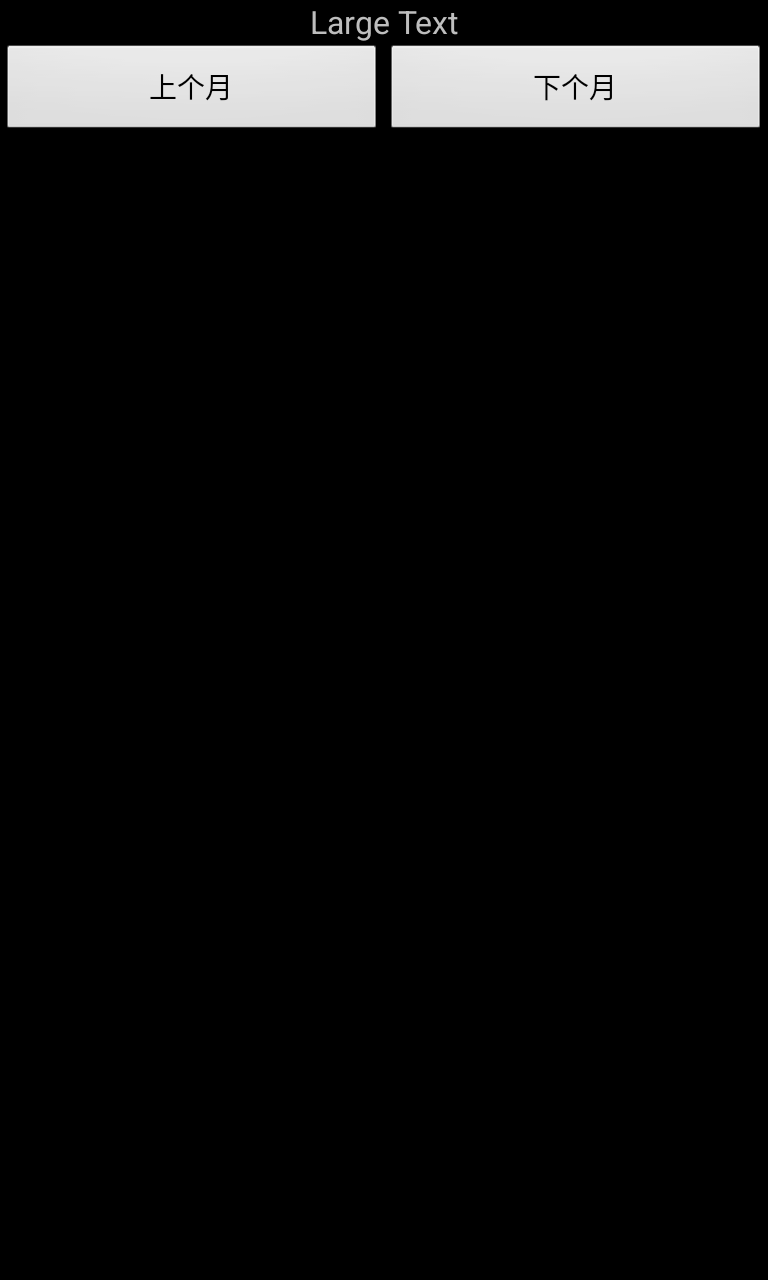
Repository: gongxinge/money-android
Layout: P2P/res/layout/billdetaillist.xml
The author's editor kept a copy of each file at every save. The layout is drawn from the files as they stood at one save, then again after the next save.
It is drawn on a 768 x 1280 px phone screen (xhdpi) without system bars, with theme android:Theme; the app's code is not run. Lists and similar views that code fills are empty.

Above is the layout before, as saved 2015-06-28 08:07:45.

### P2P/res/layout/billdetaillist.xml
<?xml version="1.0" encoding="utf-8"?>
<LinearLayout xmlns:android="http://schemas.android.com/apk/res/android"
    android:layout_width="match_parent"
    android:layout_height="match_parent"
    android:orientation="vertical" >

    <TextView
        android:id="@+id/txtMonthInfo"
        android:layout_width="fill_parent"
        android:layout_height="wrap_content"
        android:gravity="center"
        android:text="Large Text"
        android:textSize="16dp" />

    <LinearLayout
        android:id="@+id/llCenter"
        android:layout_width="fill_parent"
        android:layout_height="wrap_content"
        android:orientation="horizontal" >

        <Button
            android:id="@+id/btnBack"
            android:layout_width="wrap_content"
            android:layout_height="wrap_content"
            android:layout_weight="1"
            android:text="上个月" />

        <Button
            android:id="@+id/btnBack"
            android:layout_width="wrap_content"
            android:layout_height="wrap_content"
            android:layout_weight="1"
            android:text="下个月" />
    </LinearLayout>

    <ListView
        android:id="@+id/listView1"
        android:layout_width="match_parent"
        android:layout_height="wrap_content" >
    </ListView>

</LinearLayout>

After the next save:
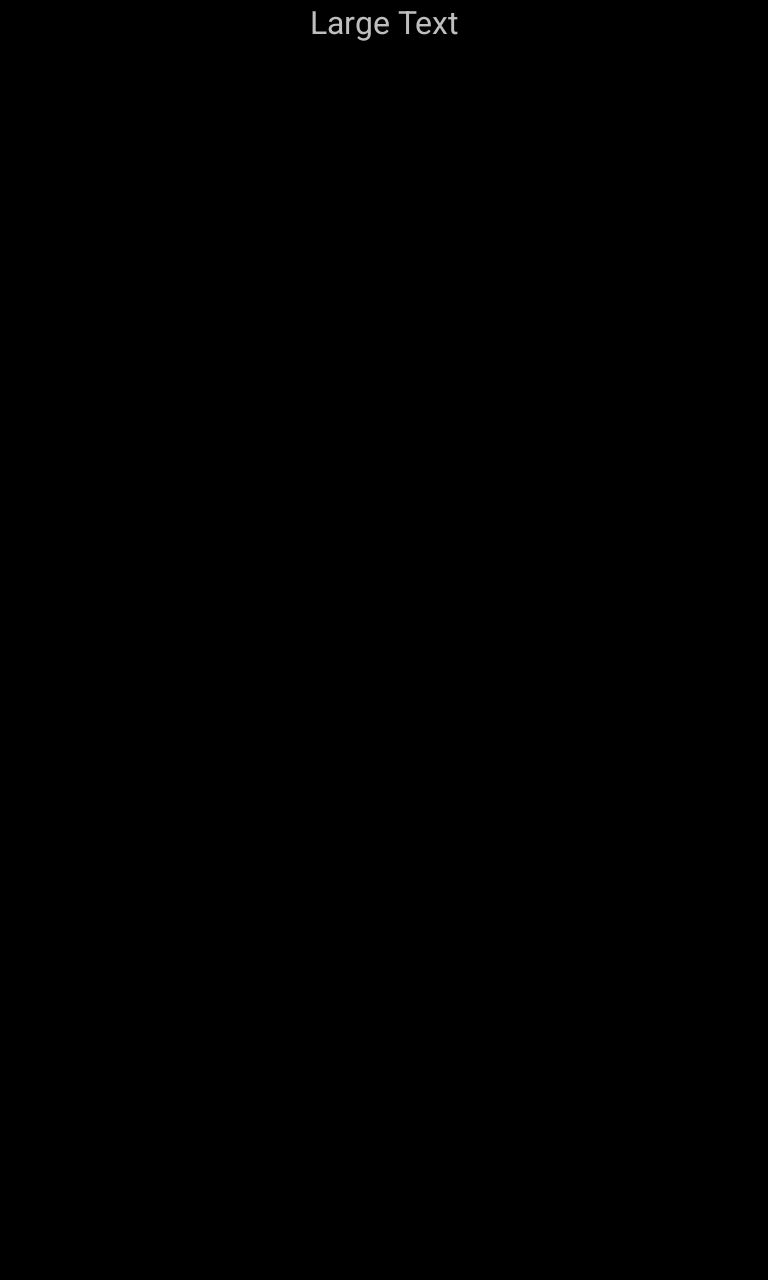
Saved 8 min 34 s later.
--- a/P2P/res/layout/billdetaillist.xml
+++ b/P2P/res/layout/billdetaillist.xml
@@ -3,7 +3,11 @@
     android:layout_width="match_parent"
     android:layout_height="match_parent"
     android:orientation="vertical" >
-
+    <LinearLayout
+        android:id="@+id/llCenter"
+        android:layout_width="fill_parent"
+        android:layout_height="wrap_content"
+        android:orientation="horizontal" >
     <TextView
         android:id="@+id/txtMonthInfo"
         android:layout_width="fill_parent"

After the save that followed:
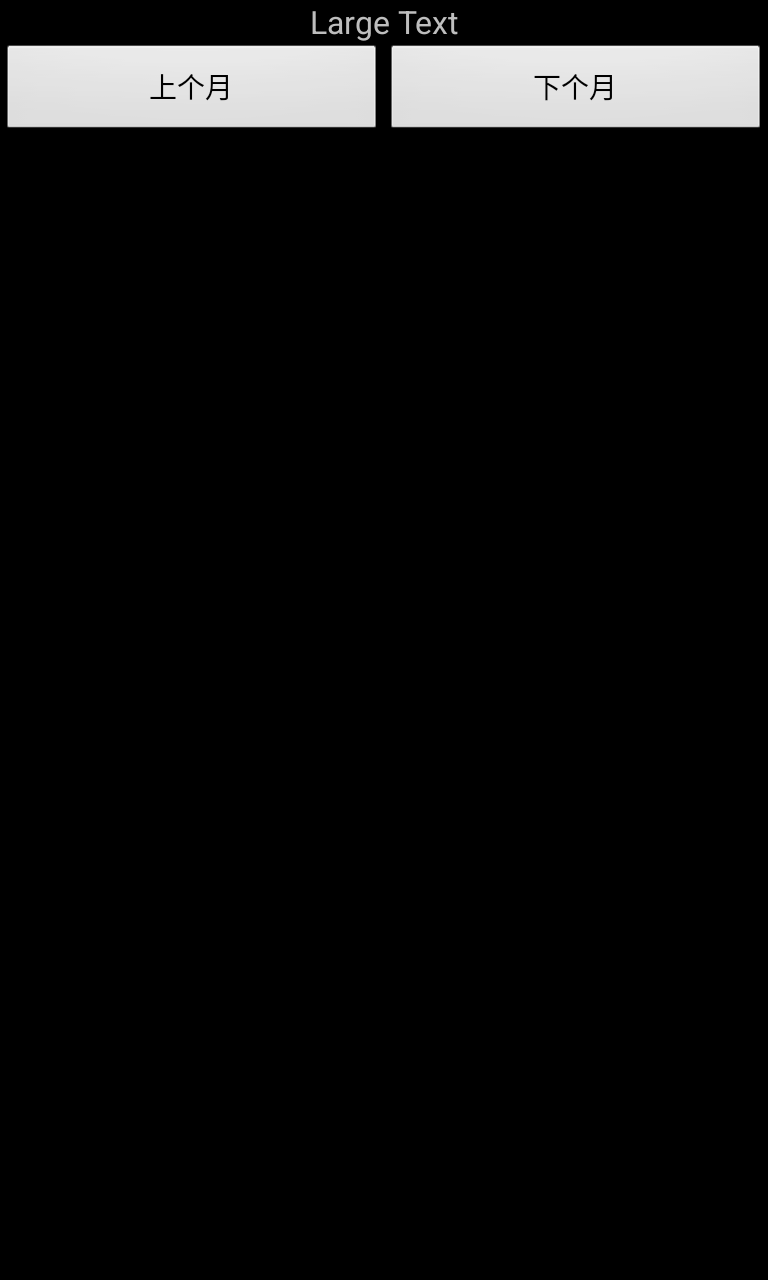
Saved 4 s later.
--- a/P2P/res/layout/billdetaillist.xml
+++ b/P2P/res/layout/billdetaillist.xml
@@ -15,7 +15,7 @@
         android:gravity="center"
         android:text="Large Text"
         android:textSize="16dp" />
-
+</LinearLayout>
     <LinearLayout
         android:id="@+id/llCenter"
         android:layout_width="fill_parent"
